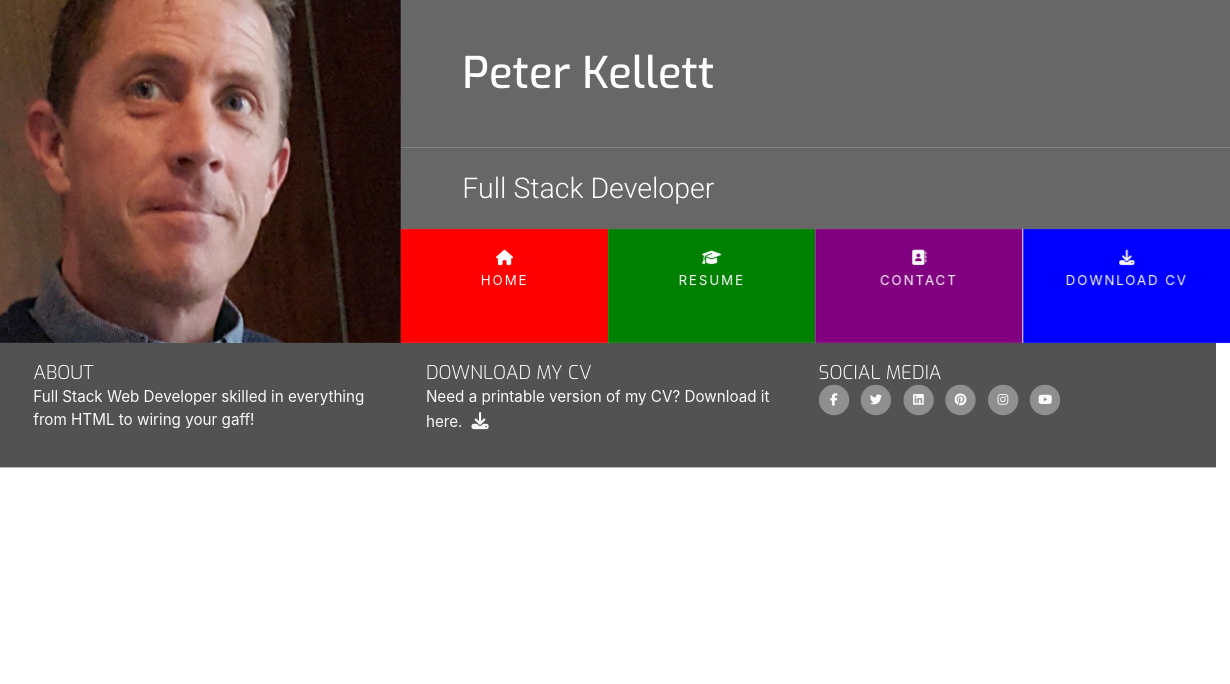
Repository: PeterKellett/ucd-resume
Page: index.html
The author's editor kept a record of every edit. The page is drawn from the files as they stood at one moment, then again after the next edit.
The browser window is 1280 px wide. The page is 1295 px wide, so the pictures cover 1295 px, including what lies to the right of the window. The pictures show the whole page, at 95% of full size.
Some web libraries are served in a nearby version.

Above is the page before.

After the next edit:
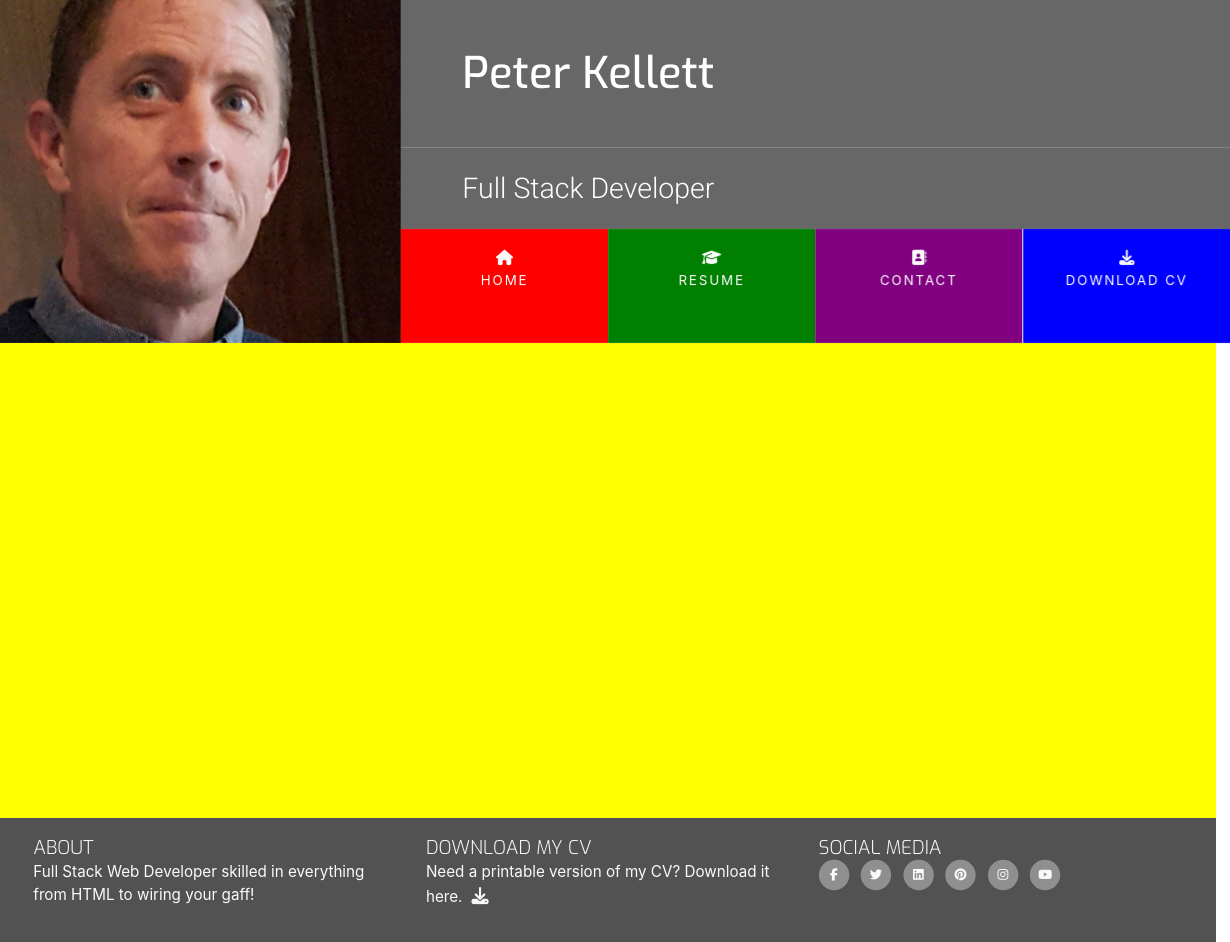
The edit:
--- a/assets/css/style.css
+++ b/assets/css/style.css
@@ -43,7 +43,7 @@
 }
 
 /*------------------------------------Main page Section--------------------*/
-.section {
+section {
     height: 500px;
     background-color:yellow;
 }
